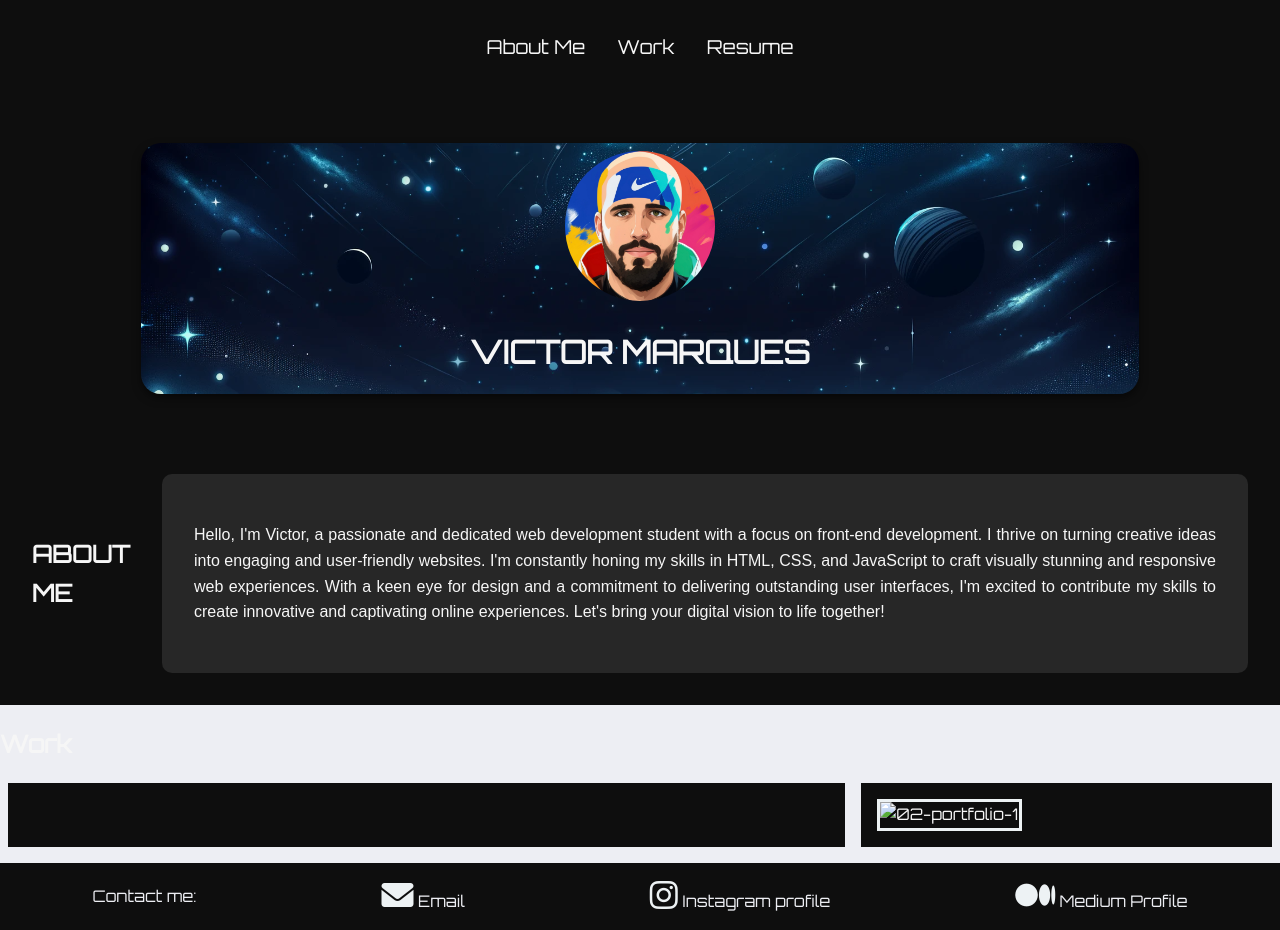
Repository: uvee35/Challenge2-Victor
Page: index.html
The author's editor kept a copy of each file at every save. The page is drawn from the files as they stood at one save, then again after the next save.
The browser window is 1280 px wide. The pictures show the whole page.

Above is the page before, as saved 2023-12-11 23:12:44.
Not found: /Challenge2-Victor/assets/02-portfolio-1.jpg

### index.html
<!DOCTYPE html>
<html lang="en-gb">
  <head>
    <meta charset="UTF-8" />
    <meta name="viewport" content="width=device-width, initial-scale=1.0" />
    <meta http-equiv="X-UA-Compatible" content="ie=edge" />
    <title>Victor Marques Portfolio</title>
    <link rel="stylesheet" href="assets/style.css" />
    <link
      href="https://cdnjs.cloudflare.com/ajax/libs/font-awesome/6.0.0-beta3/css/all.min.css"
      rel="stylesheet"
    />
    <link
      href="https://fonts.googleapis.com/css?family=Orbitron&display=swap"
      rel="stylesheet"
    />
  </head>

  <body>
    <header class="header">
      <nav class="header__nav">
        <ul class="nav__list">
          <li class="nav__item">
            <a href="#about-me" class="nav__link">About Me</a>
          </li>
          <li class="nav__item"><a href="#work" class="nav__link">Work</a></li>
          <li class="nav__item">
            <a href="#resume" class="nav__link">Resume</a>
          </li>
        </ul>
      </nav>
    </header>

    <section class="hero-banner">
      <div class="hero-banner__content">
        <img src="..///assets/victor.JPG" alt="Victor" class="about__image" />
        <h1>VICTOR MARQUES</h1>
      </div>
    </section>

    <main class="page-wrapper">
      <section id="about-me"></section>
      <section class="about-section">
        <h2 class="about-title">ABOUT ME</h2>
        <div class="about-box">
          <p class="about-me-text">
            Hello, I'm Victor, a passionate and dedicated web development
            student with a focus on front-end development. I thrive on turning
            creative ideas into engaging and user-friendly websites. I'm
            constantly honing my skills in HTML, CSS, and JavaScript to craft
            visually stunning and responsive web experiences. With a keen eye
            for design and a commitment to delivering outstanding user
            interfaces, I'm excited to contribute my skills to create innovative
            and captivating online experiences. Let's bring your digital vision
            to life together!
          </p>
        </div>
      </section>

      <section class="page-section" id="work">
        <h2>Work</h2>
        <div class="work__projects">
          <a class="project project--featured"></a>
          <div class="project">
            <img
              src="..//Challenge2-Victor/assets/02-portfolio-1.jpg"
              alt="02-portfolio-1"
            />
            <!-- Other project content -->
          </div>
          <!-- Repeat for other projects as necessary -->
        </div>
      </section>
    </main>

    <footer class="footer">
      <div class="footer__contact-info">
        <span class="footer__contact-header">Contact me: </span>
        <a href="mailto:victormarquesrina@hotmail.com" class="contact-link">
          <i class="fas fa-envelope social-icon"></i>
          <span>Email</span>
        </a>
        <a href="https://www.instagram.com/Uvee35" class="contact-link">
          <i class="fab fa-instagram social-icon"></i>
          <span>Instagram profile</span>
        </a>
        <a href="https://medium.com/@victor5.vm58" class="contact-link">
          <i class="fab fa-medium social-icon"></i>
          <span>Medium Profile</span>
        </a>
      </div>
    </footer>
  </body>
</html>

### assets/style.css
:root {
  --primary-color: #edeef3;
  --secondary-color: #0e0e0e;
  --accent-color: #edf2f4;
  --font-color: #f6f6f6;
  --font-family: 'Orbitron', sans-serif;
}

*,
*::before,
*::after {
  box-sizing: border-box;
}

body {
  font-family: var(--font-family);
  color: var(--font-color);
  background-color: var(--primary-color);
  line-height: 1.6;
  margin: 0;
  padding: 0;
  display: flex;
  flex-direction: column;
  min-height: 100vh;
}

.header {
  display: flex;
  justify-content: center; /* This will center the navigation items */
  align-items: center; /* This will vertically center the items if the header has a specific height */
  padding: 1rem;
  background-color: #0e0e0e;
}


.nav__list {
  display: flex;
  justify-content: center; /* Center the list items horizontally */
  align-items: center; /* Center the list items vertically */
  list-style: none;
  padding: 0; /* Remove default padding */
}


.nav__item {
  margin: 0 1rem;
}

.nav__link {
  color: var(--font-color);
  text-decoration: none;
  font-size: 1.2rem;
}

.hero-banner {
  padding: 1rem; /* Reduced padding */
  text-align: center; /* Center content */
  background-color: #0e0e0e;
}

.hero-banner__content {
  /* If you want to limit the width of the content area */
  max-width: 600px; /* Adjust as needed */
  margin: auto; /* Center the content area if max-width is set */
  background-image: url(..//assets/background.png);
  background-size: cover;
  background-position: center;
  padding: 0.5rem 0; /* Adjust the padding to resize the section */
  text-align: center;
  display: flex;
  flex-direction: column; /* Stack children vertically */
  align-items: center; /* Center-align children horizontally */
  justify-content: center; /* Center-align children vertically */
  border-radius: 20px; /* Add rounded corners */
  margin: 2rem; /* Add some margin around the section */
  box-shadow: 0 4px 8px rgba(0, 0, 0, 0.5); /* Optional: Add shadow for depth */
  width: 80%; /* Adjust width to your liking */
  max-width: 1200px; /* Optional: Set a max-width */
  margin-left: auto; /* Margins auto for center alignment */
  margin-right: auto;
}


.hero-banner h1 {
  font-size: 2rem; /* Smaller font size for the main heading */
  margin-bottom: 0.5rem; /* Adjust spacing as needed */

}




.about__image {
  width: 150px; /* New, smaller width */
  height: 150px; /* New, smaller height */
  border-radius: 50%; /* To keep the circular shape */
  object-fit: cover; /* To maintain aspect ratio */
}


.about-section {
  background-color: var(--secondary-color);
  padding: 2rem;
  display: flex;
  justify-content: space-between;
  align-items: center;

}

.about-title {
  color: var(--font-color);
  font-size: 1.5rem;
  margin-right: 2rem; /* Adjust space between title and box */
}

.about-box {
  flex-grow: 1;
  background: rgba(255, 255, 255, 0.1); /* Semi-transparent white */
  padding: 2rem;
  border-radius: 10px;
  color: var(--font-color);
  font-size: 1rem;
  text-align: justify;
  font-family: Arial, Helvetica, sans-serif;
}

.work__projects {
  display: flex;
  flex-wrap: wrap;
  gap: 1rem;
  justify-content: center;
}

.project {
  background-color: var(--secondary-color);
  padding: 1rem;
  width: calc(33.333% - 1rem);
  margin-bottom: 1rem;
}

.project--featured {
  width: calc(66.666% - 1rem);
}

.project img {
  max-width: 100%;
  height: auto;
  border: 3px solid var(--accent-color);
}

.footer {
  background-color: var(--secondary-color);
  color: var(--primary-color);
  text-align: center;
  padding: 1rem 0;
  display: flex;
  justify-content: space-around;
  align-items: center;
  margin-top: auto; /* Pushes the footer to the bottom */
}

.footer a {
  color: var(--primary-color);
  text-decoration: none;
}

.footer__contact-info {
  display: flex;
  justify-content: space-around;
  align-items: center;
  width: 100%;
}

.social-icon {
  font-size: 2rem;
  color: var(--accent-color);
}

/* Media Queries for Responsive Design */
@media (max-width: 768px) {
  .project {
    width: calc(50% - 1rem);
  }

  .project--featured {
    width: calc(66.666% - 1rem);
  }

  .about-box {
    width: 90%; /* Adjusted from 100% to 90% */
    padding: 1rem; /* Added padding for better readability */
  }

  .footer__contact-info {
    flex-direction: column; /* Stack contact info vertically */
    gap: 1rem; /* Add spacing between contact info items */
  }

  .social-icon {
    font-size: 2.5rem; /* Increased icon size for better visibility */
  }
}

@media (max-width: 480px) {
  .nav__list {
    flex-direction: column;
    align-items: center;
  }

  .nav__item {
    margin-bottom: 0.5rem;
  }

  .project,
  .project--featured {
    width: 100%;
  }

  .about-section {
    flex-direction: column;
    text-align: center;
  }
  .hero-banner__content{
    background-image: url(..//assets/background.png);
  }

  .about-title {
    margin: 0 0 1rem 0;
  }

  .about-box {
    padding: 1rem; /* Added padding for better readability */
  }

  .footer__contact-info {
    flex-direction: column; /* Stack contact info vertically */
    gap: 1rem; /* Add spacing between contact info items */
  }

  .social-icon {
    font-size: 2.5rem; /* Increased icon size for better visibility */
  }
}

After the next save:
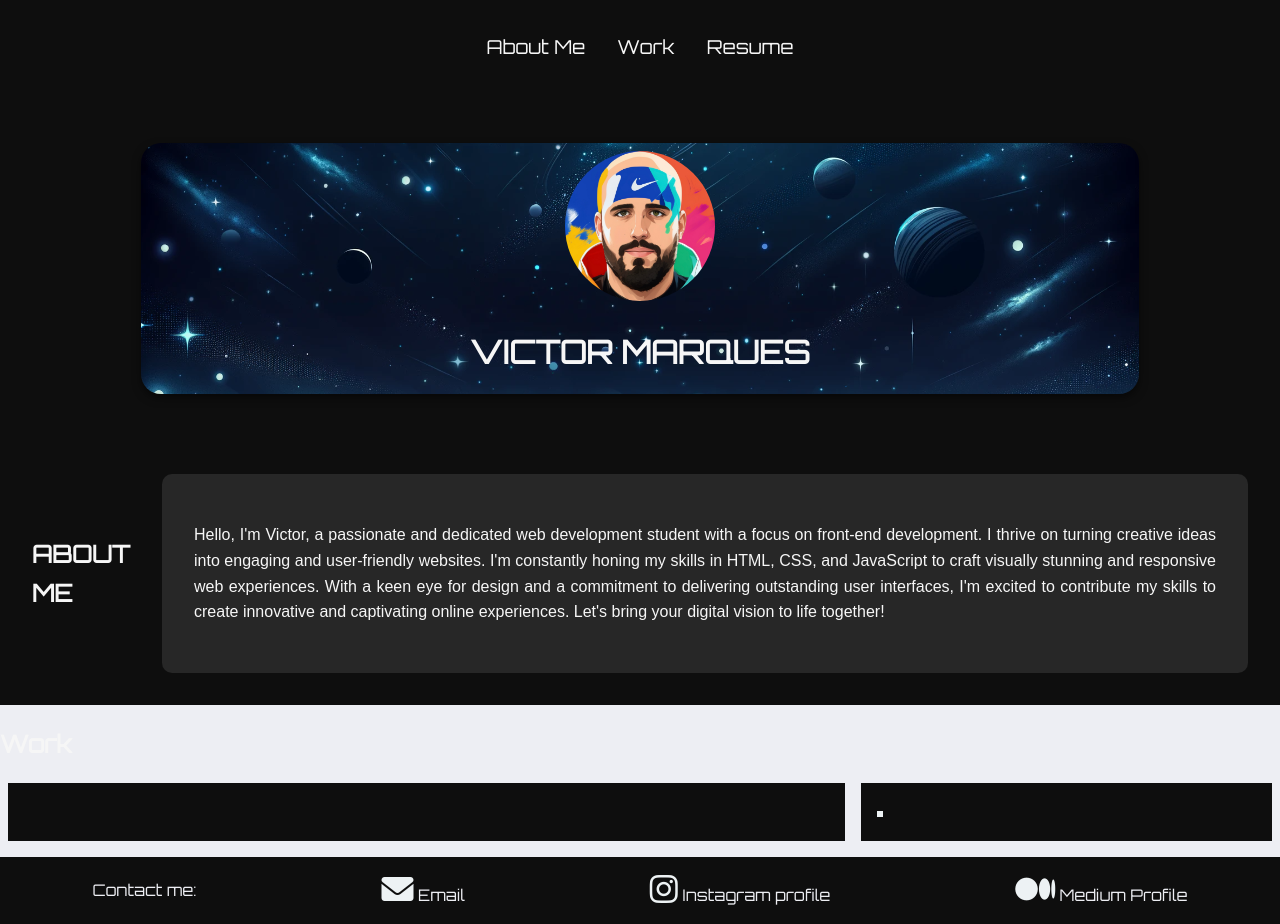
Saved 14 s later.
--- a/index.html
+++ b/index.html
@@ -62,10 +62,7 @@
         <div class="work__projects">
           <a class="project project--featured"></a>
           <div class="project">
-            <img
-              src="..//Challenge2-Victor/assets/02-portfolio-1.jpg"
-              alt="02-portfolio-1"
-            />
+            <img src="..//Challenge2-Victor/assets/02-portfolio-1.jpg" alt="" />
             <!-- Other project content -->
           </div>
           <!-- Repeat for other projects as necessary -->

After the save that followed:
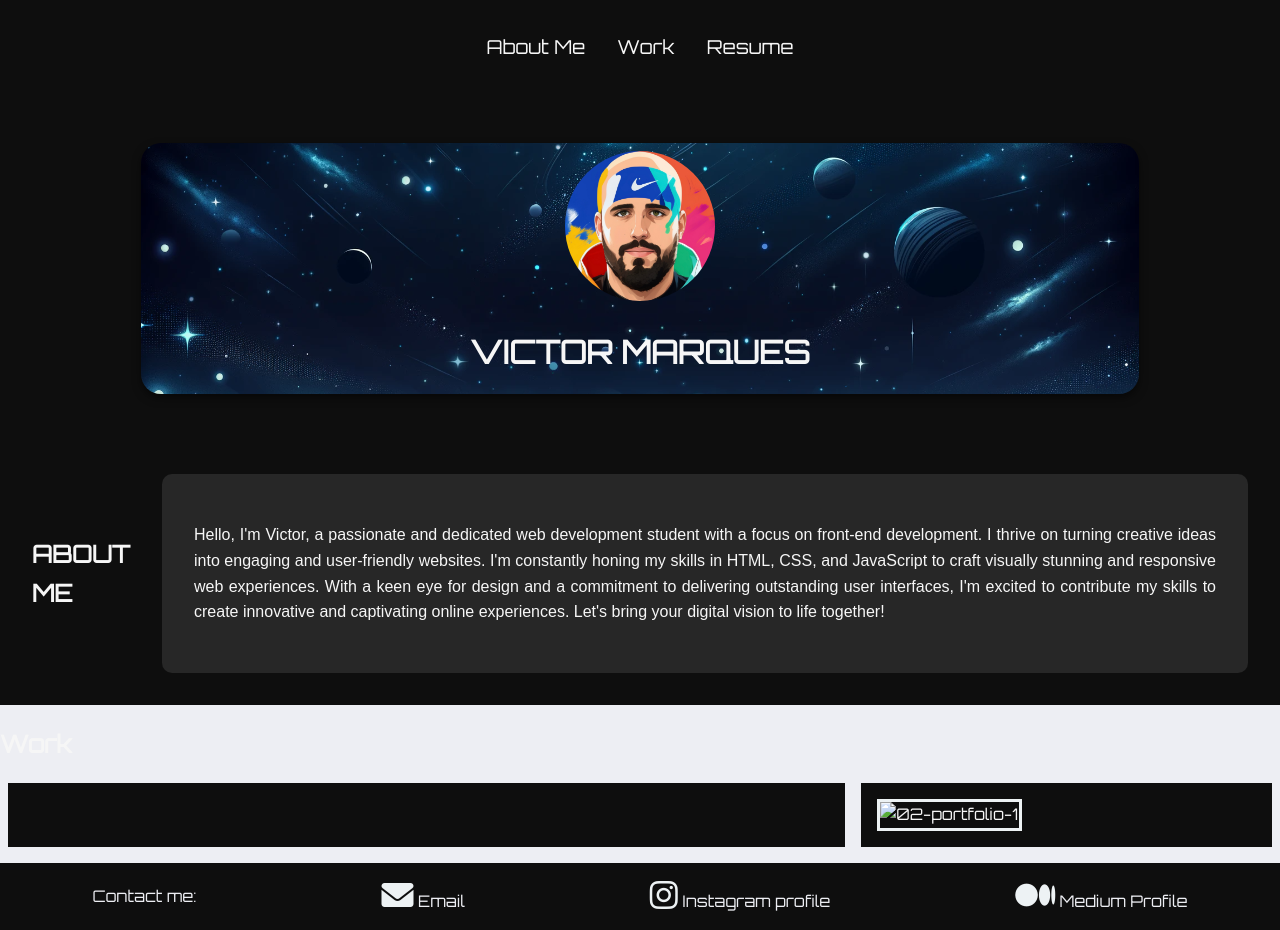
Saved 7 s later.
--- a/index.html
+++ b/index.html
@@ -62,7 +62,10 @@
         <div class="work__projects">
           <a class="project project--featured"></a>
           <div class="project">
-            <img src="..//Challenge2-Victor/assets/02-portfolio-1.jpg" alt="" />
+            <img
+              src="..//Challenge2-Victor/assets/02-portfolio-1.jpg"
+              alt="02-portfolio-1"
+            />
             <!-- Other project content -->
           </div>
           <!-- Repeat for other projects as necessary -->
